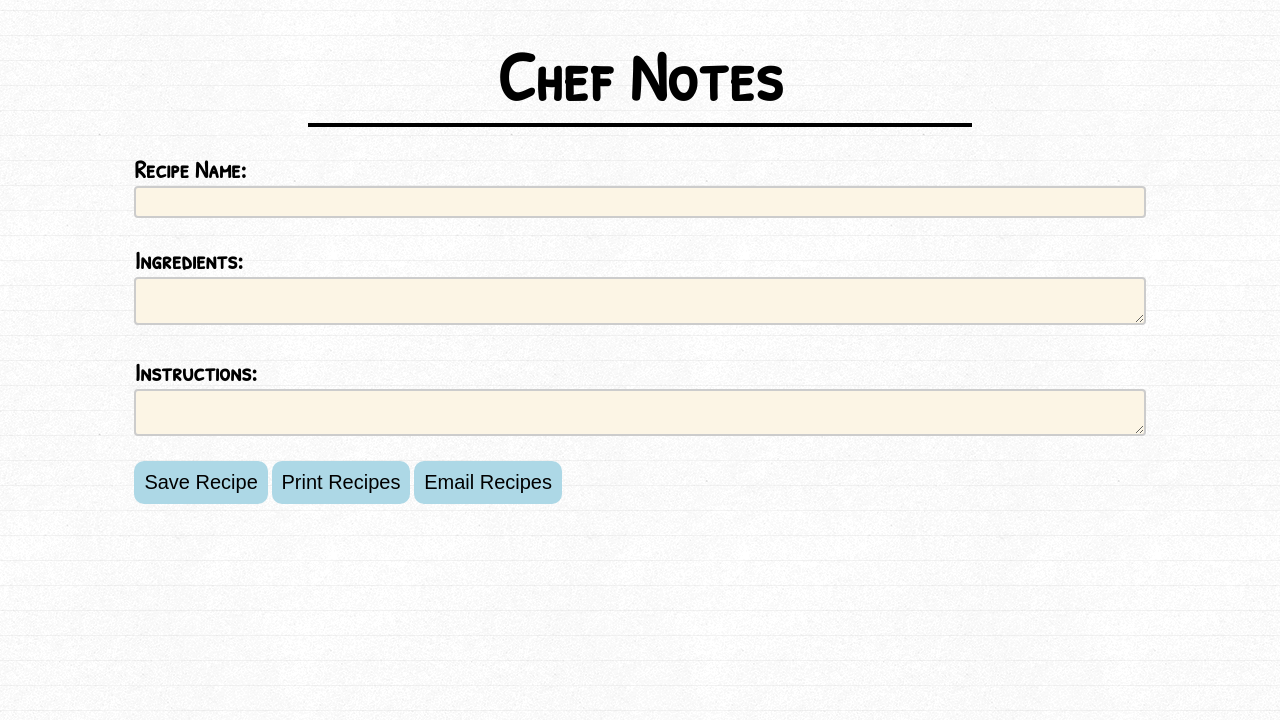
Repository: Chadloswald/RecipeSite
Page: docs/index.html
These files come from the project's save history. The page is drawn as it stood at one moment and after the next save; the edit follows.
The browser window is 1280 px wide. The pictures show the whole page.

Above is the page before, as saved 2023-05-28 06:50:57.

After the next save:
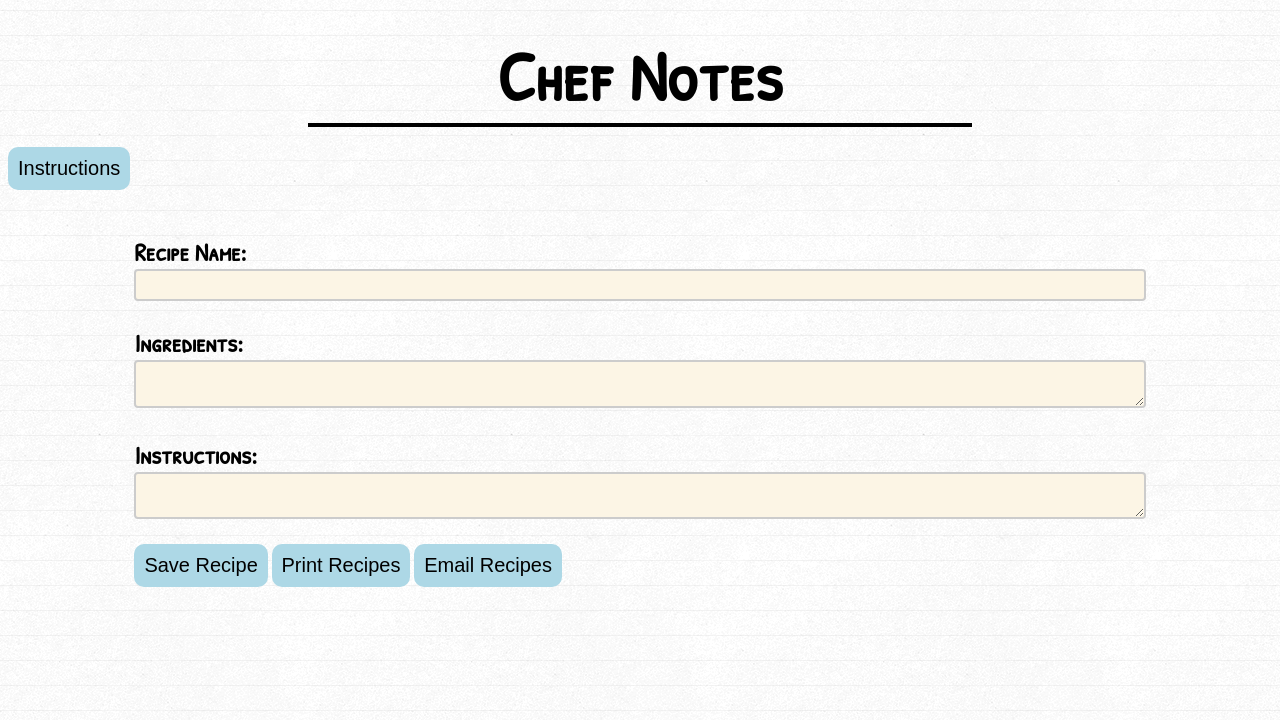
Saved 108 min 34 s later.
--- a/docs/index.html
+++ b/docs/index.html
@@ -10,6 +10,9 @@
   </head>
   <body>
     <h1>Chef Notes</h1>
+    <div id="button-container">
+    <button id="instructions">Instructions</button>
+    </div>
     <form>
       <label for="name">Recipe Name:</label>
       <input type="text" id="name" name="name">
